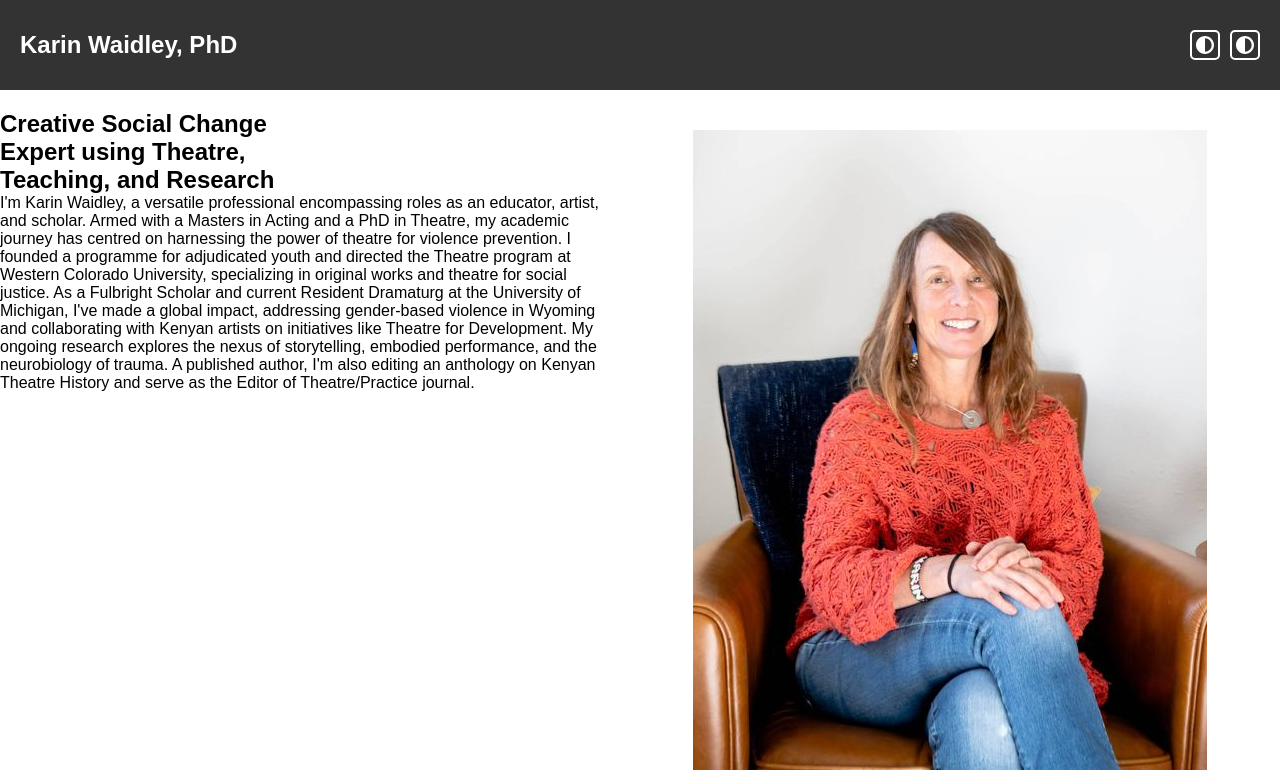
Repository: Ceasor7/Karin
Page: index.html
The author's editor kept a copy of each file at every save. The page is drawn from the files as they stood at one save, then again after the next save.
The browser window is 1280 px wide. The pictures show the whole page.

Above is the page before, as saved 2023-12-14 13:34:27.

### index.html
<!DOCTYPE html>
<html lang="en">

<head>
    <meta charset="UTF-8">
    <meta name="viewport" content="width=device-width, initial-scale=1.0">
    <title>Karin Waidley, PhD | Home</title>
    <style>
        /* Resetting some default styles for better consistency */
        body,
        h1,
        h2,
        h3,
        p,
        ul,
        li {
            margin: 0;
            padding: 0;
            list-style: none;
        }

        /* Global styles */
        body {
            font-family: Arial, sans-serif;
        }

        /* Navbar styles */
        header {
            background-color: #333;
            color: white;
            padding: 10px 0;
        }

        .navbar {
            display: flex;
            justify-content: space-between;
            align-items: center;
            padding: 20px;
        }

        .navbar-logo {
            font-size: 1.5em;
            font-weight: bold;
        }

        .navbar-icons {
            display: flex;
            gap: 10px;
        }

        .dark-mode-toggle {
            color: var(--secondary-color);
            border: 2px solid currentColor;
            padding: 4px;
            background: transparent;
            cursor: pointer;
            border-radius: 5px;
            width: 30px;
            height: 30px;
        }

        /* Main content styles */
        section {
            margin-top: 20px;
        }

        /* Contact form styles */
        form {
            max-width: 600px;
            margin: 0 auto;
        }

        label {
            display: block;
            margin-bottom: 8px;
        }

        input,
        textarea,
        select {
            width: 100%;
            padding: 8px;
            margin-bottom: 16px;
            box-sizing: border-box;
        }

        /* New section styles */
        .image-section {
            text-align: center;
            margin-top: 20px;
        }

        .image-section img {
            max-width: 100%;
            height: auto;
        }

        /* Add this CSS to make the two divs beside each other */
        .flex-container {
            display: flex;
            justify-content: space-between;
            margin-top: 20px;
        }

        .flex-container>div {
            flex: 1;
            margin-right: 20px;
        }

        /* Home */
        .home-details {
            text-align: left;
            margin-right: 20px;
        }

        /* Home */
    </style>
</head>

<body>
    <header>
        <div class="navbar">
            <div class="navbar-logo">Karin Waidley, PhD</div>
            <div class="navbar-icons">
                <button id="dark-mode-toggle" class="dark-mode-toggle">
                    <svg width="100%" xmlns="http://www.w3.org/2000/svg" viewBox="0 0 496 496">
                        <path fill="currentColor"
                            d="M8,256C8,393,119,504,256,504S504,393,504,256,393,8,256,8,8,119,8,256ZM256,440V72a184,184,0,0,1,0,368Z"
                            transform="translate(-8 -8)" />
                    </svg>
                </button>
                <button id="dark-mode-toggle" class="dark-mode-toggle">
                    <svg width="100%" xmlns="http://www.w3.org/2000/svg" viewBox="0 0 496 496">
                        <path fill="currentColor"
                            d="M8,256C8,393,119,504,256,504S504,393,504,256,393,8,256,8,8,119,8,256ZM256,440V72a184,184,0,0,1,0,368Z"
                            transform="translate(-8 -8)" />
                    </svg>
                </button>
            </div>
        </div>
    </header>
    <div class="flex-container">
        <div class="home-details">
            <h2>Creative Social Change<br> Expert using Theatre, <br>Teaching, and Research</h2>
            <p>I'm Karin Waidley, a versatile professional encompassing roles as an educator, artist, and scholar. Armed
                with a Masters in Acting and a PhD in Theatre, my academic journey has centred on harnessing the power
                of theatre for violence prevention. I founded a programme for adjudicated youth and directed the Theatre
                program at Western Colorado University, specializing in original works and theatre for social justice.
                As a Fulbright Scholar and current Resident Dramaturg at the University of Michigan, I've made a global
                impact, addressing gender-based violence in Wyoming and collaborating with Kenyan artists on initiatives
                like Theatre for Development. My ongoing research explores the nexus of storytelling, embodied
                performance, and the neurobiology of trauma. A published author, I'm also editing an anthology on Kenyan
                Theatre History and serve as the Editor of Theatre/Practice journal.</p>
        </div>
        <!-- New section with image -->
        <div class="image-section">
            <img src="images/Karin.jpeg" alt="Karin Waidley">
        </div>
    </div>

</body>

</html>

After the next save:
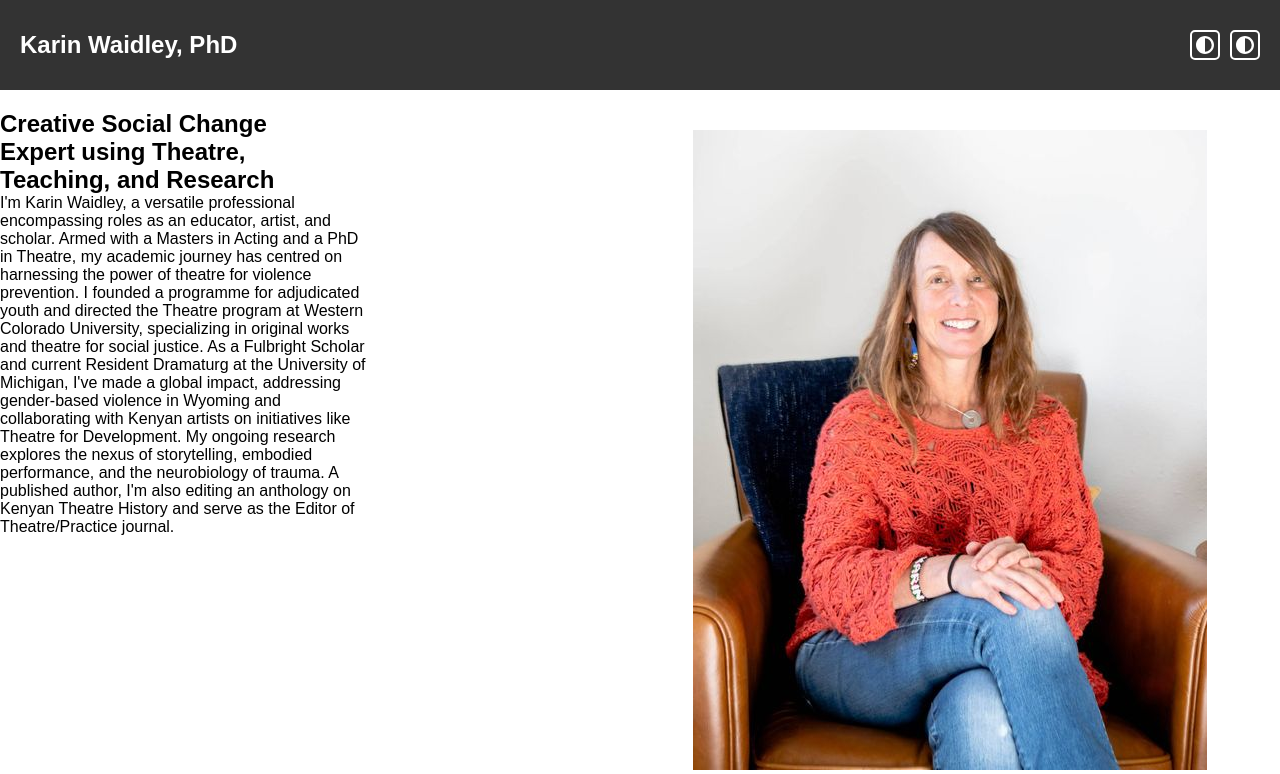
Saved 31 s later.
--- a/index.html
+++ b/index.html
@@ -113,6 +113,10 @@
             margin-right: 20px;
         }
 
+        .home-details p {
+            width: 60%;
+        }
+
         /* Home */
     </style>
 </head>
